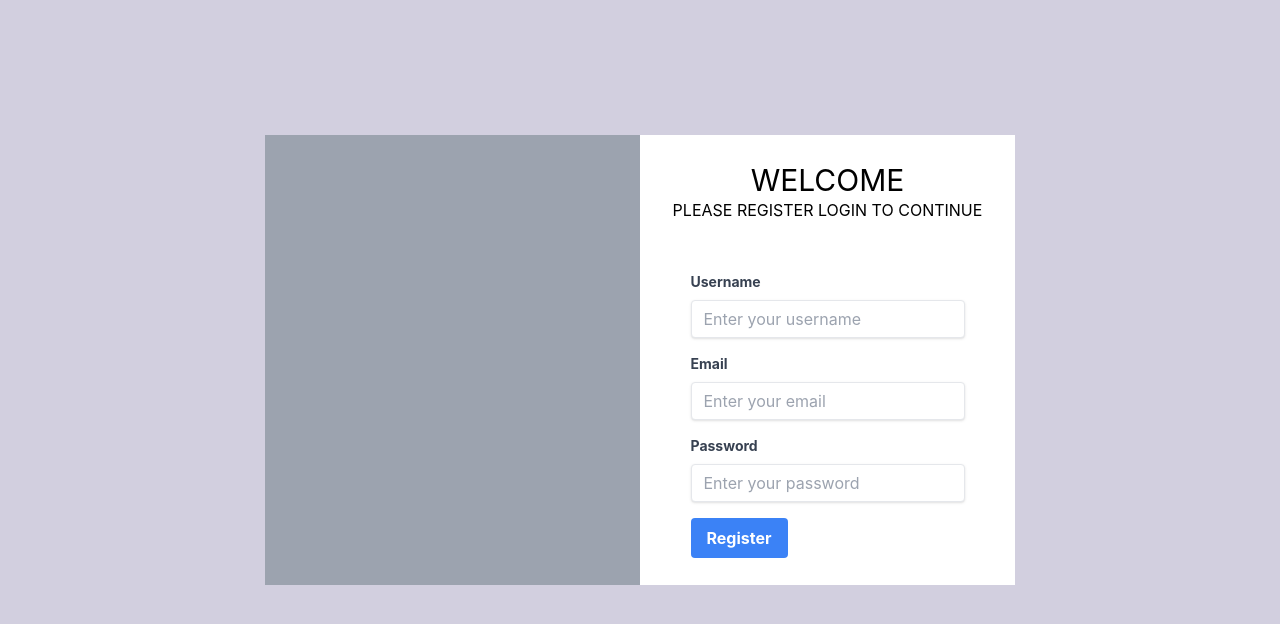
Repository: cosmicswati/upgrad-captions-project
Page: /account.signin
The author's editor kept a copy of each file at every save. The page is drawn from the files as they stood at one save, then again after the next save.
The browser window is 1280 px wide. The pictures show the whole page.
The project was rebuilt for these pictures with package versions that can differ from the ones it lists, and the page was loaded fresh each time.

Above is the page before, as saved 2024-04-08 19:41:39.

### src/App.js
import Auth from "./modules/Authorization";


function App() {
  return (
    <div>
       <Auth />
    </div>
  );
}

export default App;

### src/modules/Authorization/index.js
import React from 'react'
import Form from './Form'

const Auth = () => {
  return (
    <div>
      <Form/>
    </div>
  )
}

export default Auth

### src/modules/Authorization/Form.jsx
import React from 'react';
import Input from '../../components/Input';
import Button from '../../components/Button';

const Form = ({
    isSignInPage = false
}) => {
  return (
    <div className='bg-[#d2cfdf] h-screen w-full flex justify-center items-center'>
      <div className='h-[450px] w-[750px] bg-white flex justify-center items-center'>
      <div className={`h-full w-full flex flex-col justify-center items-center ${!isSignInPage && 'order-2'} `}>
         <div className='text-3xl'>WELCOME {isSignInPage && 'BACK'}</div>
         <div className='mb-[50px]'>PLEASE {isSignInPage ? 'LOGIN' : 'REGISTER'} LOGIN TO CONTINUE</div>
         <form>
            {
                !isSignInPage &&
                <Input label='Username' type='text' placeholder='Enter your username' />
            }
            <Input label='Email' type='email' placeholder='Enter your email' />
            <Input label='Password' type='password' placeholder='Enter your password' />
            <Button label={ isSignInPage ? 'Sign in' : 'Register'} />
         </form>
      </div>
      <div className={`h-full w-full bg-gray-400 ${!isSignInPage && 'order-1'}`}> </div>
    </div>
 </div>
  );
};

export default Form;

### src/components/Input/index.js
import React from 'react'

const Input = ({
    name = '',
    label ='',
    type ='',
    placeholder =''
}) => {
  return (
    <div class="mb-4">
        {
          label &&
          <label class="block text-gray-700 text-sm font-bold mb-2" for={name}>
             {label}
          </label>
        }

        <input class="shadow apperance-none border rounded w-full py-2 px-3
         text-gray-700 leading-tight focus:outline-none focus:shadow-outline"
         id={name} type={type} placeholder={placeholder} />

    </div>
  )
}

export default Input

### src/components/Button/index.js
import React from 'react'

const Button = ({
    label ='',
    className =''
}) => {
  return (
    <button className={`bg-blue-500 hover:bg-blue-700 text-white font-bold py-2 px-4 rounded ${className}`}>
      {label}
  </button>
  )
}

export default Button

### tailwind.config.js
/** @type {import('tailwindcss').Config} */
module.exports = {
 mode:'jit',
 purge: [
  './public/**/*.html',
  './src/**/*.{js,jsx,ts,tsx,vue}',
 ],
  content: [
    "./src/**/*.{js,jsx,ts,tsx}",
  ],
  theme: {
    extend: {},
  },
  plugins: [],
}

Loaded but not shown: public/index.html (common file); src/index.js (common file); src/index.css (common file); src/reportWebVitals.js (common file)

After the next save:
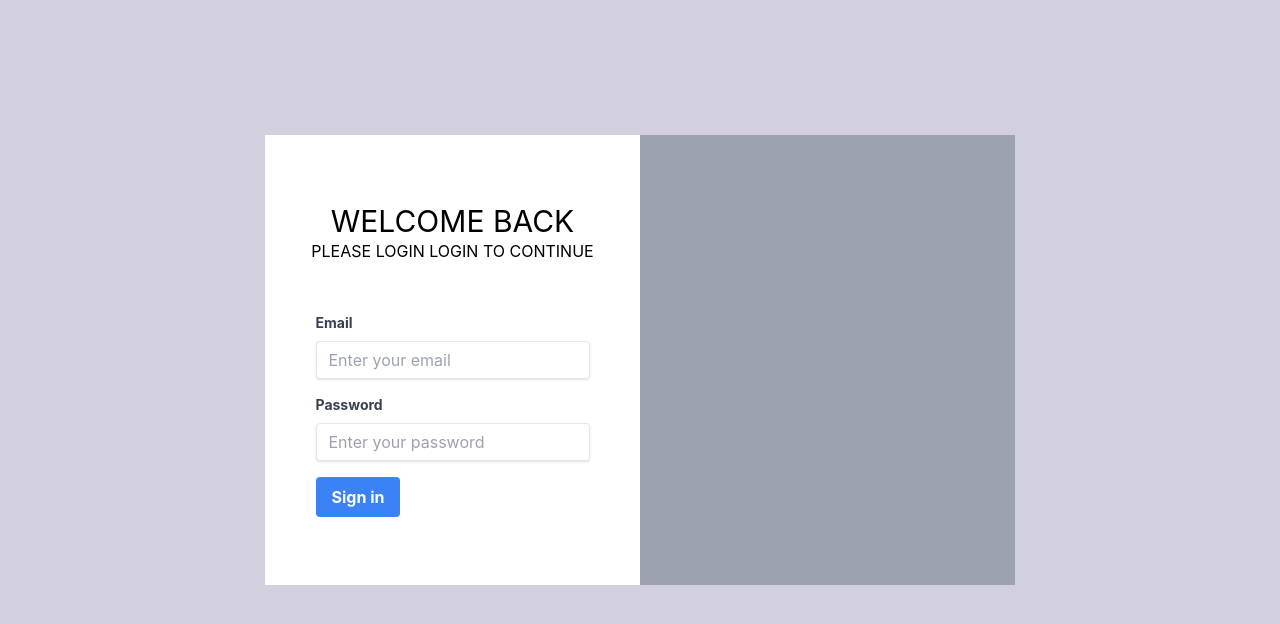
Saved 17 s later.
--- a/src/modules/Authorization/Form.jsx
+++ b/src/modules/Authorization/Form.jsx
@@ -3,7 +3,7 @@
 import Button from '../../components/Button';
 
 const Form = ({
-    isSignInPage = false
+    isSignInPage = true
 }) => {
   return (
     <div className='bg-[#d2cfdf] h-screen w-full flex justify-center items-center'>

After the save that followed:
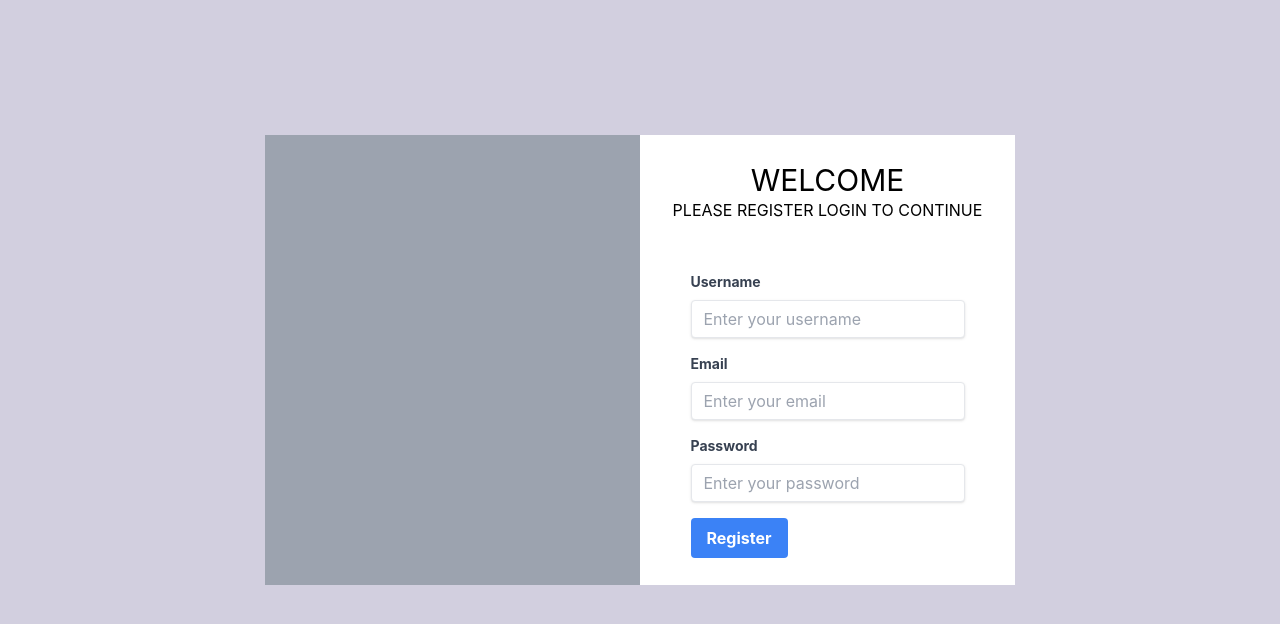
Saved 19 s later.
--- a/src/modules/Authorization/Form.jsx
+++ b/src/modules/Authorization/Form.jsx
@@ -3,7 +3,7 @@
 import Button from '../../components/Button';
 
 const Form = ({
-    isSignInPage = true
+    isSignInPage = false
 }) => {
   return (
     <div className='bg-[#d2cfdf] h-screen w-full flex justify-center items-center'>
